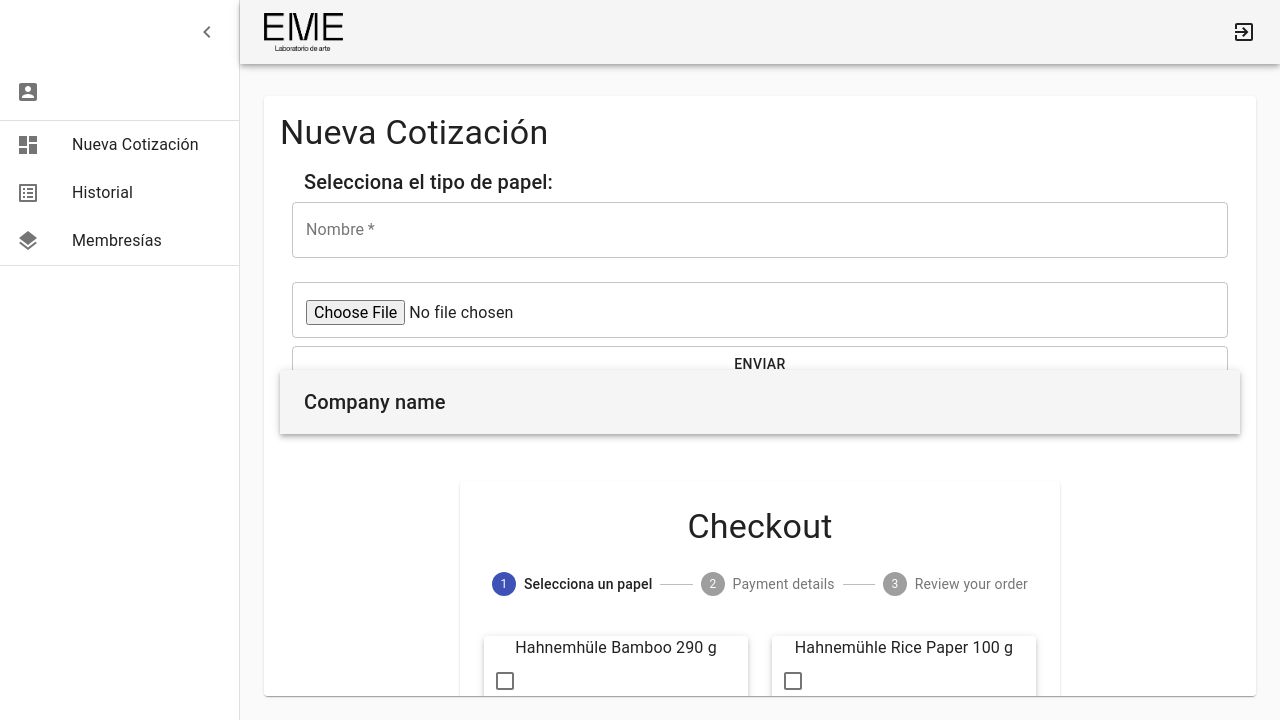
Repository: BrendaCarranco/eme-lab
Page: /Trabajo
An editor plug-in stored every save of this project. The page is shown before and after the next save, followed by the edit.
The browser window is 1280 px wide. The pictures show the whole page.
An inner scrolling area shows only its first screen. Some web libraries are served in a nearby version. The project was rebuilt for these pictures with package versions that can differ from the ones it lists, and the page was loaded fresh each time. Also part of the build but not shown: src/components/buildingPage/Building.js, src/temaConfig.js, src/components/buildingPage/Landing.js, src/components/login/Reset.js, src/components/Dashboard/Historial.js, src/components/Dashboard/Membresias.js, src/components/Dashboard/SizeForm.js, src/components/Dashboard/Review.js and 6 more.

Above is the page before, as saved 2020-08-30 20:09:31.

After the next save:
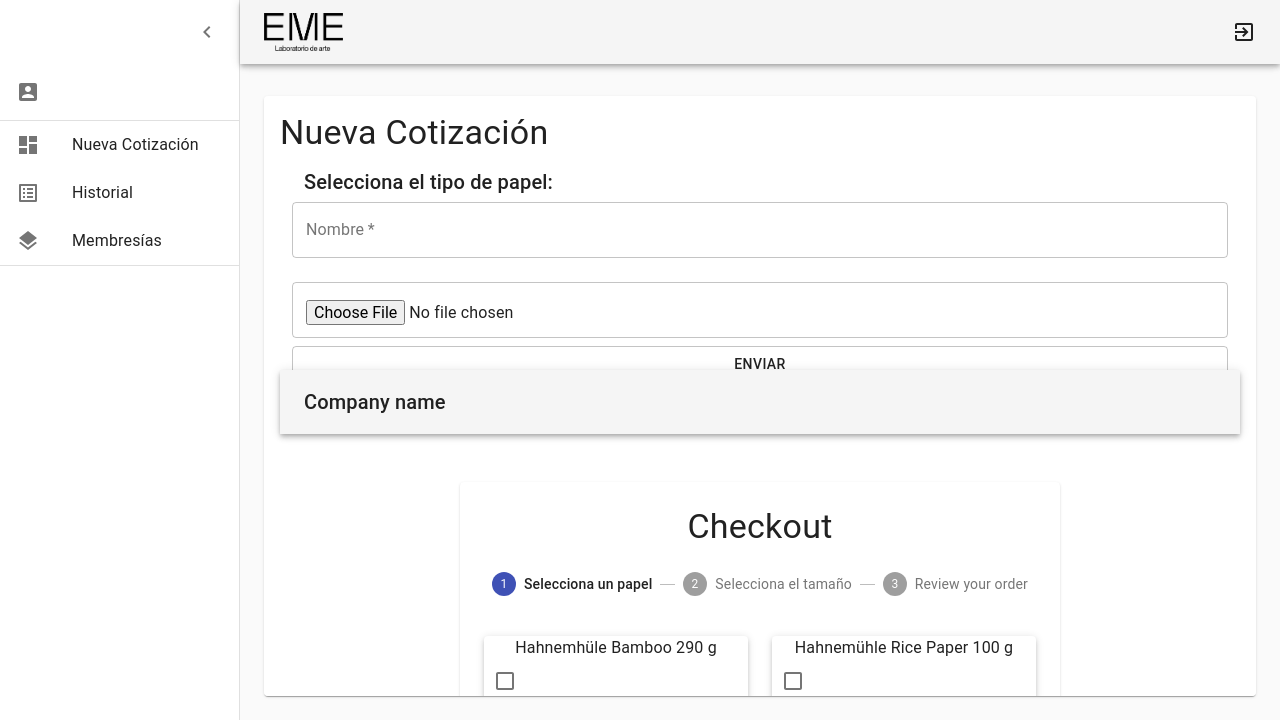
Saved 17 min 41 s later.
--- a/src/components/Dashboard/Checkout.js
+++ b/src/components/Dashboard/Checkout.js
@@ -64,7 +64,7 @@ const useStyles = makeStyles((theme) => ({
   },
 }));
 
-const steps = ['Selecciona un papel', 'Payment details', 'Review your order'];
+const steps = ['Selecciona un papel', 'Selecciona el tamaño', 'Review your order'];
 
 function getStepContent(step) {
   switch (step) {
